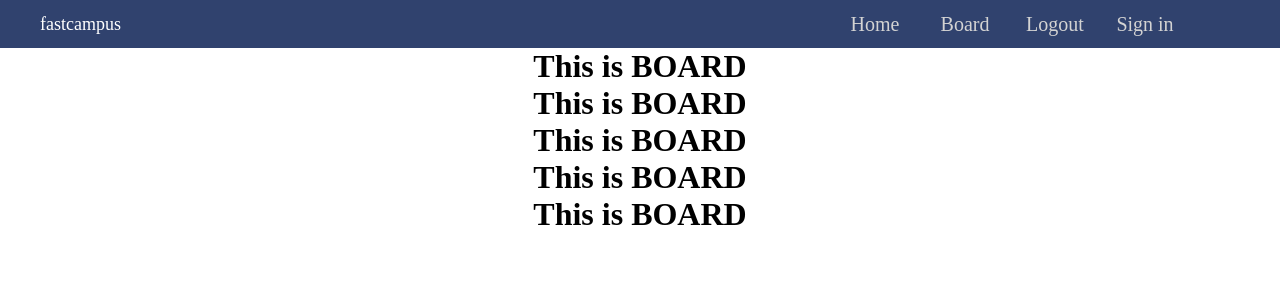
Repository: ReneeKang/Spring_jungsuk
Page: http://localhost/ch2/board/list
An editor plug-in stored every save of this project. The page is shown before and after the next save, followed by the edit.
The browser window is 1280 px wide. The pictures show the whole page.
The page is served by Tomcat 9. The session is filled in as if someone had signed in: {"id": 1}.

Above is the page before, as saved 2022-04-17 14:38:38.

After the next save:
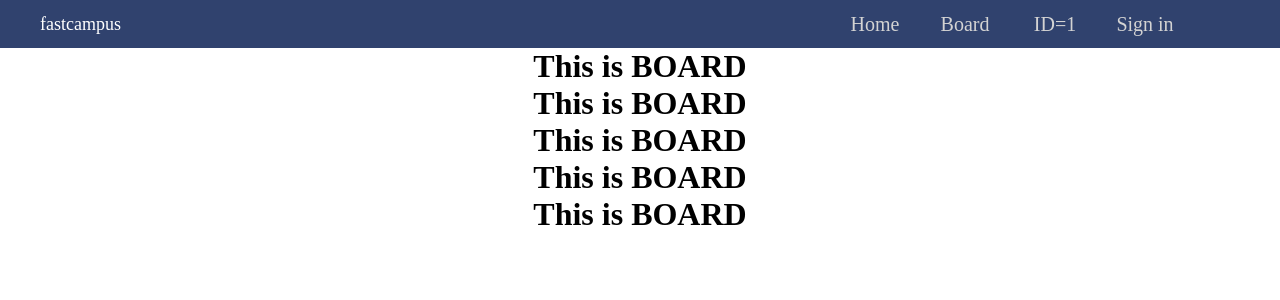
Saved 3 min 3 s later.
--- a/ch2/src/main/webapp/WEB-INF/views/boardList.jsp
+++ b/ch2/src/main/webapp/WEB-INF/views/boardList.jsp
@@ -1,6 +1,8 @@
 <%@ page language="java" contentType="text/html; charset=UTF-8"%>
 <%@ taglib uri="http://java.sun.com/jsp/jstl/core" prefix="c" %>
 
+    <c:set var="loginId" value="${pageContext.request.getSession(false)==null ? '' : pageContext.request.session.getAttribute('id')}"/>
+    <c:set var="loginOut" value="${loginId=='' ? 'Login' : 'ID='+=loginId}"/>
 <!DOCTYPE html>
 <html>
 <head>
@@ -14,7 +16,7 @@
 	    <li id="logo">fastcampus</li>
 	    <li><a href="<c:url value='/'/>">Home</a></li>
 	    <li><a href="<c:url value='/board/list'/>">Board</a></li>
-	    <li><a href="<c:url value='/board/logout'/>">Logout</a></li>
+	    <li><a href="<c:url value='/board/logout'/>">${loginOut}</a></li>
 	    <li><a href="<c:url value='/register/add'/>">Sign in</a></li>
 	    <li><a href=""><i class="fas fa-search small"></i></a></li>
 	</ul>
